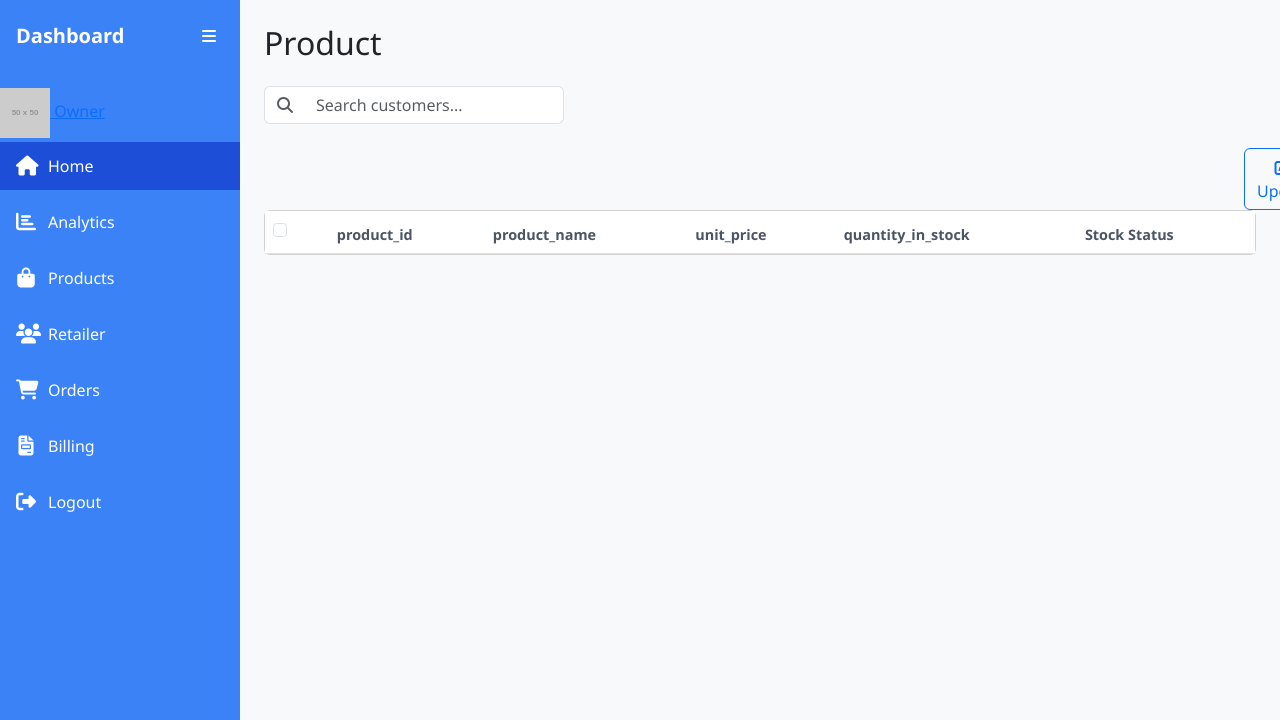
Repository: AditiAjitSalvi/Inventory_Managment
Page: http://localhost/Paper_inventory/Product.jsp
An editor plug-in stored every save of this project. The page is shown before and after the next save, followed by the edit.
The browser window is 1280 px wide. The pictures show the whole page.
The page is served by Tomcat 10. Other server files are loaded and not shown. Queries for data that is not in the repository find no rows.

Above is the page before, as saved 2025-06-03 05:12:30.

### Paper_inventory/Paper_inventory/src/main/webapp/Product.jsp
<%@page import="java.sql.DriverManager"%>
<%@page import="com.mysql.cj.jdbc.Driver"%>
<%@page import="java.sql.ResultSet"%>
<%@page import="java.sql.Statement"%>
<%@page import="java.sql.Connection"%>
<%@ page language="java" contentType="text/html; charset=UTF-8"
	pageEncoding="UTF-8"%>



<!DOCTYPE html>
<html lang="en">
<head>
<meta charset="UTF-8">
<meta name="viewport" content="width=device-width, initial-scale=1.0">
<title>Product</title>
<!-- Bootstrap CSS -->
<link
	href="https://cdn.jsdelivr.net/npm/bootstrap@5.3.2/dist/css/bootstrap.min.css"
	rel="stylesheet">
<!-- Font Awesome for icons -->
<link rel="stylesheet"
	href="https://cdnjs.cloudflare.com/ajax/libs/font-awesome/6.4.2/css/all.min.css">
<!-- Custom CSS -->
<style>
/* Main Layout */
body {
	margin: 0;
	padding: 0;
	background-color: #f8f9fa;
	font-family: 'Segoe UI', Tahoma, Geneva, Verdana, sans-serif;
}

.dashboard-container {
	display: flex;
	min-height: 100vh;
}

/* Sidebar Styles */
.sidebar {
	width: 240px;
	background-color: #3b82f6; /* Blue 600 equivalent */
	color: white;
	transition: all 0.3s ease-in-out;
	display: flex;
	flex-direction: column;
}

.sidebar.collapsed {
	width: 64px;
}

.sidebar-header {
	display: flex;
	justify-content: space-between;
	align-items: center;
	padding: 16px;
}

.sidebar-title {
	font-size: 1.25rem;
	font-weight: bold;
	margin: 0;
}

.sidebar-toggle {
	background: transparent;
	border: none;
	color: white;
	cursor: pointer;
	padding: 8px;
}

.sidebar-toggle:hover {
	background-color: rgba(255, 255, 255, 0.1);
	border-radius: 4px;
}

.sidebar-menu {
	display: flex;
	flex-direction: column;
	padding-top: 16px;
}

.sidebar-link {
	display: flex;
	align-items: center;
	padding: 12px 16px;
	text-decoration: none;
	color: white;
	margin: 4px 0;
	transition: background-color 0.2s;
}

.sidebar-link:hover {
	background-color: #2563eb; /* Blue 700 equivalent */
	color: white;
}

.sidebar-link.active {
	background-color: #1d4ed8; /* Blue 800 equivalent */
	color: white;
}

.sidebar-link i {
	font-size: 1.25rem;
	width: 20px;
	text-align: center;
}

.sidebar-link .link-text {
	margin-left: 12px;
	white-space: nowrap;
}

.sidebar.collapsed .sidebar-title, .sidebar.collapsed .link-text {
	display: none;
}

/* Main Content */
.main-content {
	flex: 1;
	padding: 24px;
	overflow-y: auto;
}

/* Stat Cards */
.stat-card {
	border-radius: 8px;
	border: 1px solid rgba(0, 0, 0, 0.125);
	box-shadow: 0 1px 3px rgba(0, 0, 0, 0.1);
}

.stat-icon {
	font-size: 1.25rem;
	color: #6b7280; /* Text muted equivalent */
}

.stat-title {
	font-size: 0.875rem;
	color: #6b7280; /* Text muted equivalent */
	margin-bottom: 4px;
}

.stat-value {
	font-size: 1.5rem;
	font-weight: bold;
	margin: 0;
}

/* Status Badges */
.status {
	padding: 4px 8px;
	border-radius: 4px;
	font-size: 0.75rem;
	font-weight: 500;
	display: inline-block;
	text-align: center;
}

.status.active {
	background-color: #ecfdf5;
	color: #10b981; /* Green 500 equivalent */
}

.status.inactive {
	background-color: #fef2f2;
	color: #ef4444; /* Red 500 equivalent */
}

.status.new {
	background-color: #eff6ff;
	color: #3b82f6; /* Blue 500 equivalent */
}

/* Customers Page Styles */
.customers-container {
	max-width: 100%;
	margin: 0 auto;
}

.search-wrapper {
	width: 300px;
}

.customer-table {
	font-size: 0.9rem;
}

.customer-table th {
	font-weight: 600;
	color: #4b5563;
	border-bottom-width: 1px;
}

.customer-table td {
	vertical-align: middle;
}

.customer-table .form-check {
	margin: 2;
}

/* Responsive Adjustments */
@media ( max-width : 768px) {
	.sidebar {
		width: 64px;
	}
	.sidebar .sidebar-title, .sidebar .link-text {
		display: none;
	}
	.main-content {
		padding: 16px;
	}
	.customers-container .btn-group {
		display: flex;
		flex-direction: column;
	}
	.customers-container .btn-group .btn {
		margin-bottom: 8px;
		margin-right: 0 !important;
	}
	.search-wrapper {
		width: 100%;
		margin-bottom: 16px;
	}
}

.action-buttons {
	position: absolute;
	right: 20px;
	top: 150px;
	display: flex;
	gap: 10px;
}

@media ( max-width : 992px) {
	.customers-container .d-flex {
		flex-direction: column;
	}
	.customers-container .d-flex .btn {
		margin-bottom: 8px;
	}
}

.status.active {
	background-color: #ecfdf5;
	color: #10b981;
}

.status.inactive {
	background-color: #fef2f2;
	color: #ef4444;
}

.card:hover {
	transform: translateY(-5px);
	box-shadow: 0 10px 20px rgba(0, 0, 0, 0.1);
	transition: 0.3s ease;
}
</style>
</head>
<body>
	<div class="dashboard-container">
		<!-- Sidebar -->
		<div class="sidebar" id="sidebar">
			<div class="sidebar-header">
				<h2 class="sidebar-title">Dashboard</h2>
				<button class="btn sidebar-toggle" id="sidebarToggle">
					<i class="fa fa-bars"></i>
				</button>
			</div>
			<div class="sidebar-menu">
				<div class="profile">
					<a href="#" class="profile-link"> <img
						src="https://via.placeholder.com/50" alt="Owner"
						class="profile-image"> <span class="owner-name">Owner</span>
					</a>
				</div>
				<a href="Home.html" class="sidebar-link active"> <i
					class="fa fa-home"></i> <span class="link-text">Home</span>
				</a> <a href="#" class="sidebar-link"> <i class="fa fa-chart-bar"></i>
					<span class="link-text">Analytics</span>
				</a> <a href="Product.html" class="sidebar-link"> <i
					class="fa fa-shopping-bag"></i> <span class="link-text">Products</span>
				</a> <a href="Retailer.html" class="sidebar-link"> <i
					class="fa fa-users"></i> <span class="link-text">Retailer</span> <a
					href="Order.html" class="sidebar-link"> <i
						class="fa fa-shopping-cart"></i> <span class="link-text">Orders</span>
				</a>

				</a> <a href="#" class="sidebar-link"> <i class="fa fa-file-invoice"></i>
					<span class="link-text">Billing</span>
				</a> <a href="login.jsp" class="sidebar-link"> <i
					class="fa fa-sign-out-alt"></i> <span class="link-text">Logout</span>
				</a>

			</div>
		</div>

		<!-- Main Content -->
		<div class="main-content">
			<div class="customers-container">
				<div class="d-flex justify-content-between align-items-center mb-4">
					<h2 class="m-0">Product</h2>
					<div class="btn-group"></div>
				</div>

				<div class="d-flex justify-content-between align-items-center mb-4">
					<div class="search-wrapper">
						<div class="input-group">
							<span class="input-group-text bg-white border-end-0"> <i
								class="fa fa-search text-muted"></i>
							</span> <input type="text" class="form-control border-start-0"
								placeholder="Search customers...">
						</div>
					</div>
					<div class="d-flex">

						</button>
					</div>
				</div>
				<div class="d-flex"
					style="right: 50px; top: 150px; display: flex; gap: 10px; margin-left: 980px;">
					<button class="btn btn-outline-primary me-2">
						<i class="fa fa-edit me-1"></i> <span>Update</span>
					</button>

				</div>


				<div class="card">
					<div class="card-body p-0">
						<div class="table-responsive">
							<table class="table customer-table mb-0">
								<thead>
									<tr>
										<th>
											<div class="form-check">
												<input class="form-check-input" type="checkbox"
													id="selectAll"> <label class="form-check-label"
													for="selectAll"></label>
											</div>
										</th>
										<th>product_id</th>
										<th>product_name</th>
										<th>unit_price</th>
										<th>quantity_in_stock</th>
										<th>Stock Status</th>

									</tr>
								</thead>
								<tbody>
									<%
									Connection conn = null;
									Statement stmt = null;
									ResultSet rs = null;

									String driverNm = "com.mysql.cj.jdbc.Driver";
									String url = "jdbc:mysql://localhost:3307/inventory";

									try {
										Class.forName(driverNm);
										conn = DriverManager.getConnection(url, "root", "");
										stmt = conn.createStatement();
										rs = stmt.executeQuery("SELECT * FROM products");

										while (rs.next()) {
									%>
									<tr>
										<td>
											<div class="form-check">
												<input class="form-check-input" type="checkbox">
											</div>
										</td>
										<td><%=rs.getString("product_id")%></td>
										<td><%=rs.getString("product_name")%></td>
										<td><%=rs.getString("unit_price")%></td>
										<td><%=rs.getInt("quantity_in_stock") %></td>
										<td><%
										int quantity = rs.getInt("quantity_in_stock");
										if (quantity < 50) {
										%>
										<span class="status inactive">Low Stock</span>
										<%
										} else {
										%>
										<span class="status active">In Stock</span>
										<%
										}
										%></td>
									</tr>
									<%
									}
									} catch (Exception e) {
									out.println("Error: " + e.getMessage());
									} finally {
									try {
									if (rs != null)
										rs.close();
									} catch (Exception e) {
									}
									try {
									if (stmt != null)
										stmt.close();
									} catch (Exception e) {
									}
									try {
									if (conn != null)
										conn.close();
									} catch (Exception e) {
									}
									}
									%>

								</tbody>
							</table>
						</div>
					</div>
				</div>
			</div>
		</div>
	</div>

	<!-- Bootstrap Bundle with Popper -->
	<script
		src="https://cdn.jsdelivr.net/npm/bootstrap@5.3.2/dist/js/bootstrap.bundle.min.js"></script>
	<!-- Custom JS -->

	<script>
 // Wait for the DOM to be fully loaded
    document.addEventListener('DOMContentLoaded', function() {
        // Sidebar toggle functionality
        const sidebarToggle = document.getElementById('sidebarToggle');
        const sidebar = document.getElementById('sidebar');

        sidebarToggle.addEventListener('click', function() {
            sidebar.classList.toggle('collapsed');
        });

        // Check if we're on mobile
        function checkMobile() {
            if (window.innerWidth < 768) {
                sidebar.classList.add('collapsed');
            } else {
                sidebar.classList.remove('collapsed');
            }
        }

        // Initial check
        checkMobile();

        // Listen for window resize
        window.addEventListener('resize', checkMobile);

        // Select all checkbox functionality
        const selectAllCheckbox = document.getElementById('selectAll');
        if (selectAllCheckbox) {
            selectAllCheckbox.addEventListener('change', function() {
                const checkboxes = document.querySelectorAll('table .form-check-input');
                checkboxes.forEach(checkbox => {
                    checkbox.checked = selectAllCheckbox.checked;
                });
            });
        }

        // Individual checkbox change handler
        const checkboxes = document.querySelectorAll('table .form-check-input:not(#selectAll)');
        checkboxes.forEach(checkbox => {
            checkbox.addEventListener('change', function() {
                const allChecked = Array.from(checkboxes).every(cb => cb.checked);
                const someChecked = Array.from(checkboxes).some(cb => cb.checked);

                if (selectAllCheckbox) {
                    selectAllCheckbox.checked = allChecked;
                    selectAllCheckbox.indeterminate = someChecked && !allChecked;
                }
            });
        });

        // Search functionality
        const searchInput = document.querySelector('.search-wrapper input');
        if (searchInput) {
            searchInput.addEventListener('input', function() {
                const searchText = searchInput.value.toLowerCase();
                const rows = document.querySelectorAll('tbody tr');

                rows.forEach(row => {
                    const text = row.textContent.toLowerCase();
                    if (text.includes(searchText)) {
                        row.style.display = '';
                    } else {
                        row.style.display = 'none';
                    }
                });
            });
        }
    });
    </script>
</body>
</html>

After the next save:
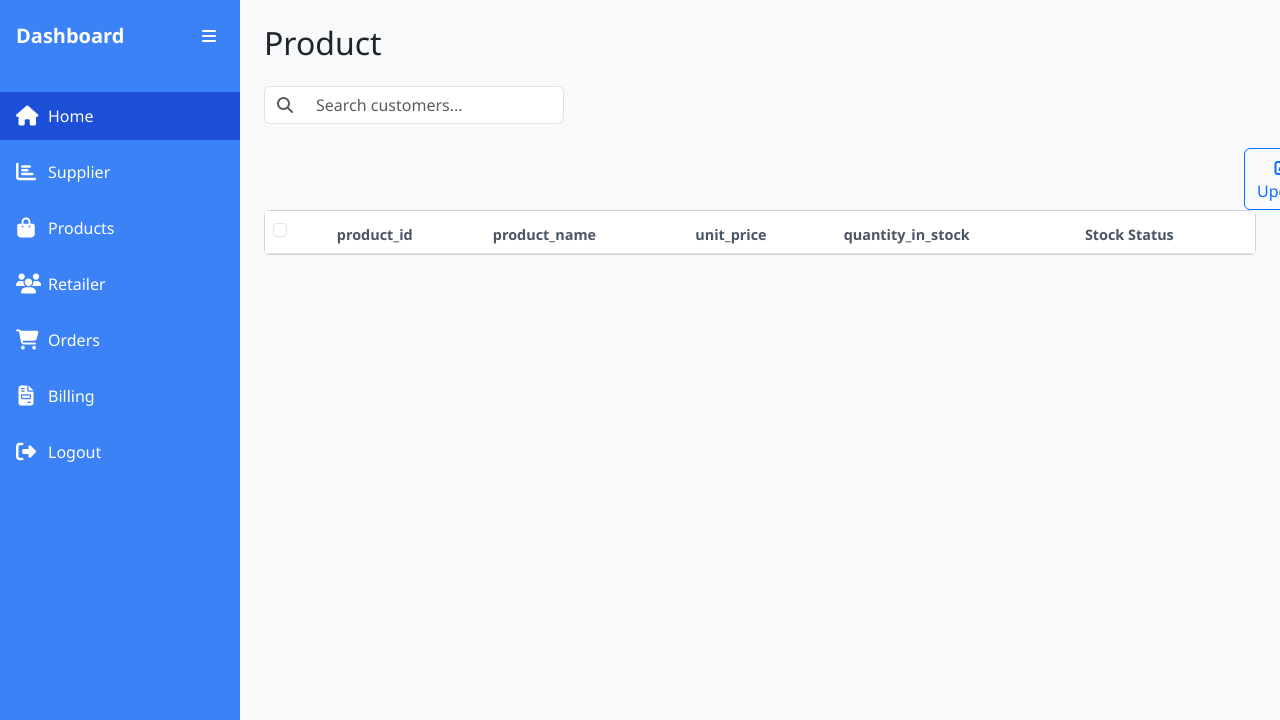
Saved 43 s later.
--- a/Paper_inventory/Paper_inventory/src/main/webapp/Product.jsp
+++ b/Paper_inventory/Paper_inventory/src/main/webapp/Product.jsp
@@ -271,27 +271,21 @@ body {
 				</button>
 			</div>
 			<div class="sidebar-menu">
-				<div class="profile">
-					<a href="#" class="profile-link"> <img
-						src="https://via.placeholder.com/50" alt="Owner"
-						class="profile-image"> <span class="owner-name">Owner</span>
-					</a>
-				</div>
-				<a href="Home.html" class="sidebar-link active"> <i
-					class="fa fa-home"></i> <span class="link-text">Home</span>
-				</a> <a href="#" class="sidebar-link"> <i class="fa fa-chart-bar"></i>
-					<span class="link-text">Analytics</span>
-				</a> <a href="Product.html" class="sidebar-link"> <i
-					class="fa fa-shopping-bag"></i> <span class="link-text">Products</span>
-				</a> <a href="Retailer.html" class="sidebar-link"> <i
-					class="fa fa-users"></i> <span class="link-text">Retailer</span> <a
-					href="Order.html" class="sidebar-link"> <i
-						class="fa fa-shopping-cart"></i> <span class="link-text">Orders</span>
+				<a href="Home.jsp" class="sidebar-link active"> <i class="fa fa-home"></i>
+					<span class="link-text">Home</span>
+				</a> <a href="" class="sidebar-link"> <i class="fa fa-chart-bar"></i>
+					<span class="link-text">Supplier</span>
+				</a> <a href="Product.jsp" class="sidebar-link"> <i class="fa fa-shopping-bag"></i>
+					<span class="link-text">Products</span>
+				</a> <a href="Retailer.jsp" class="sidebar-link"> <i class="fa fa-users"></i> <span
+					class="link-text">Retailer</span>
+					<a href="Order.jsp" class="sidebar-link">
+						<i class="fa fa-shopping-cart"></i> <span class="link-text">Orders</span>
 				</a>
 
-				</a> <a href="#" class="sidebar-link"> <i class="fa fa-file-invoice"></i>
+				</a> <a href="Billing.jsp" class="sidebar-link"> <i class="fa fa-file-invoice"></i>
 					<span class="link-text">Billing</span>
-				</a> <a href="login.jsp" class="sidebar-link"> <i
+				</a> <a href="logout.jsp" class="sidebar-link"> <i
 					class="fa fa-sign-out-alt"></i> <span class="link-text">Logout</span>
 				</a>
 
